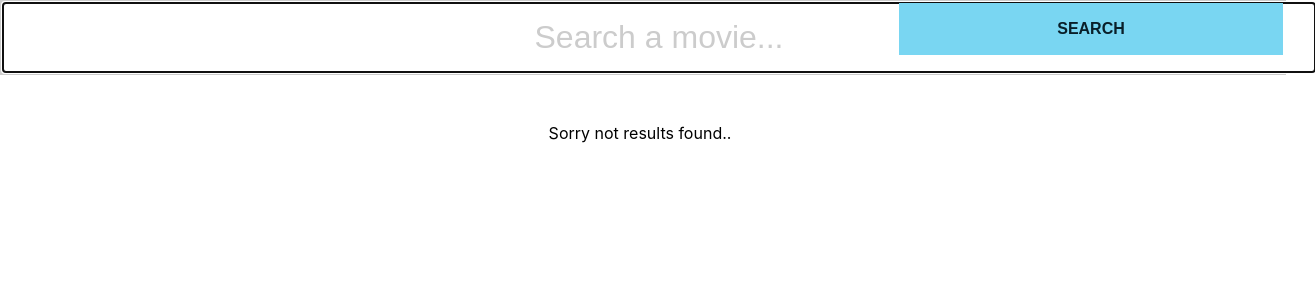
Repository: jijo78/movie-tvshows-list
Page: /
These files come from the project's save history. The page is drawn as it stood at one moment and after the next save; the edit follows.
The browser window is 1280 px wide. The page is 1315 px wide, so the pictures cover 1315 px, including what lies to the right of the window. The pictures show the whole page.
The page's requests for data from a server got no answer. The project was rebuilt for these pictures with package versions that can differ from the ones it lists, and the page was loaded fresh each time. No one was signed in, and anything a server would have sent is missing. Also part of the build but not shown: src/MediaRatio.tsx.

Above is the page before, as saved 2020-11-27 15:37:22.

After the next save:
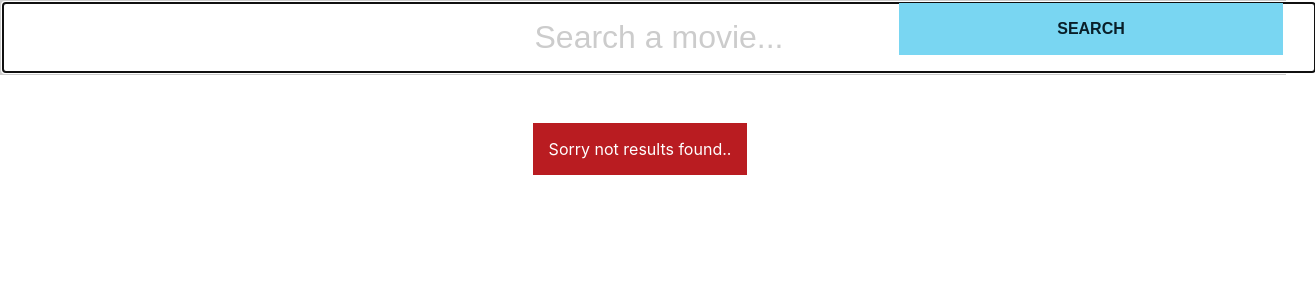
Saved 36 s later.
--- a/src/SearchResults.tsx
+++ b/src/SearchResults.tsx
@@ -72,7 +72,7 @@ const SearchResults: FC<Props> = ({ results }) => {
       ))}
     </Cards>
   ) : (
-    <p>Sorry not results found..</p>
+    <NoResult>Sorry not results found..</NoResult>
   )
 }
 
